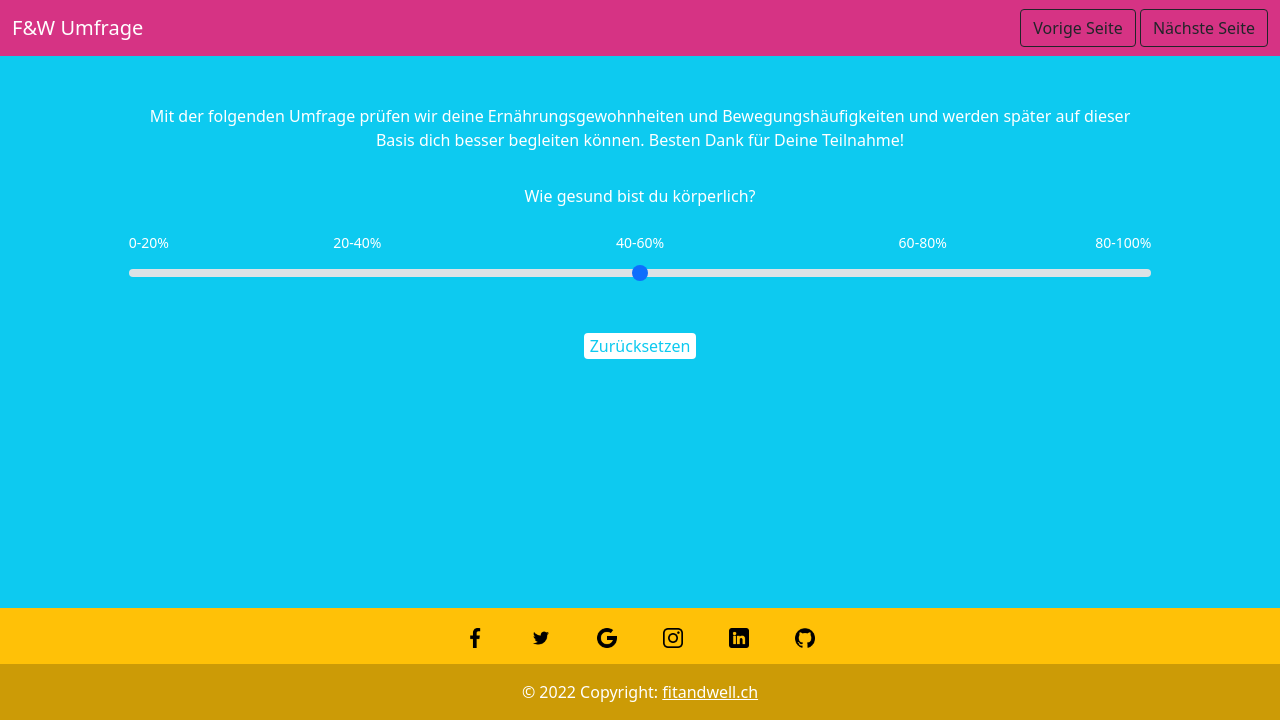
Repository: stephane71183101/Stephane-Personal-Health-Survey
Page: http://localhost/form-q01-start-page.php
These files come from the project's save history. The page is drawn as it stood at one moment and after the next save; the edit follows.
The browser window is 1280 px wide. The pictures show the whole page.
The page is run by PHP 8.4 with error messages shown; the project is at /var/www/html/.

Above is the page before, as saved 2022-03-16 10:38:25.

After the next save:
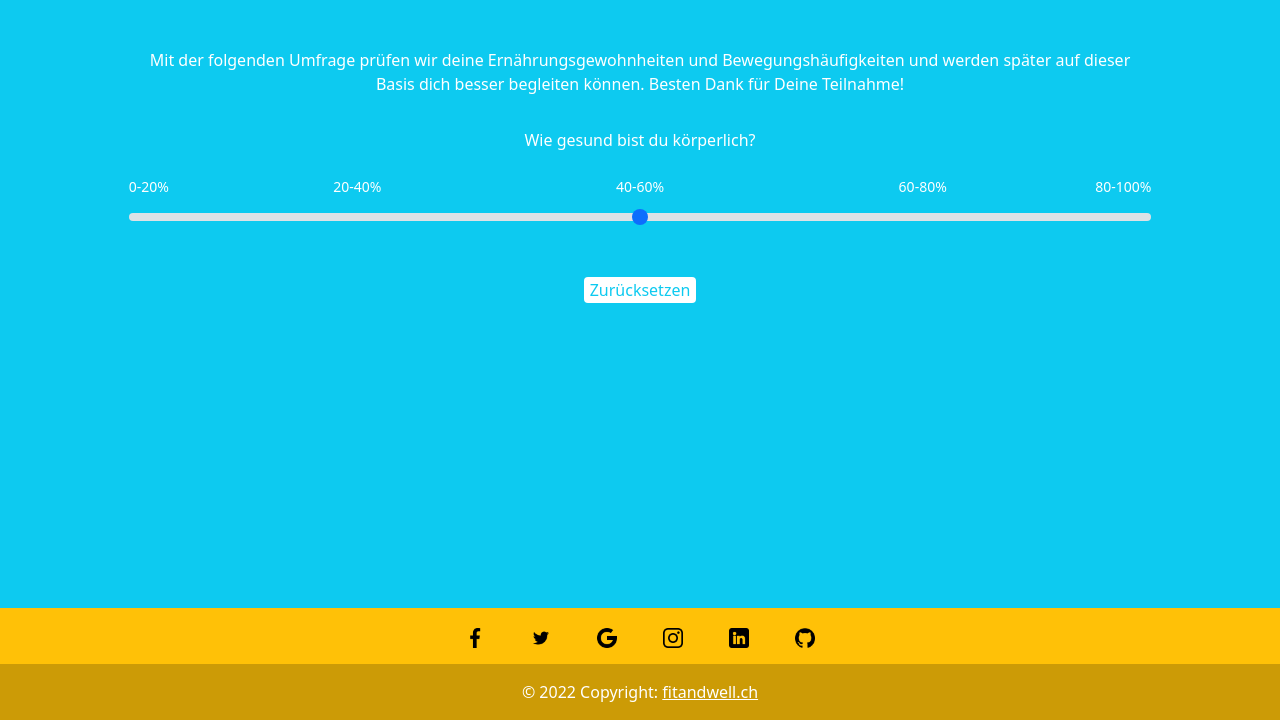
Saved 33 s later.
--- a/form-q01-start-page.php
+++ b/form-q01-start-page.php
@@ -2,6 +2,9 @@
 
 <body class="bg-info">
 
+<?php include 'includes/head.php'?>
+
+<!--
     <header>
         <nav class="navbar navbar-expand-lg navbar-light" style="background-color:#d63384">
         <div class="container-fluid">
@@ -15,7 +18,7 @@
         </div>
         </nav>
     </header>
-
+-->
     <div class="container-fluid pt-5 pb-3 text-center text-white">
         <div  class="container col-10">
         <p>Mit der folgenden Umfrage prüfen wir deine Ernährungsgewohnheiten und Bewegungshäufigkeiten und werden später auf dieser Basis dich besser begleiten können. Besten Dank für Deine Teilnahme!</p>

After the save that followed:
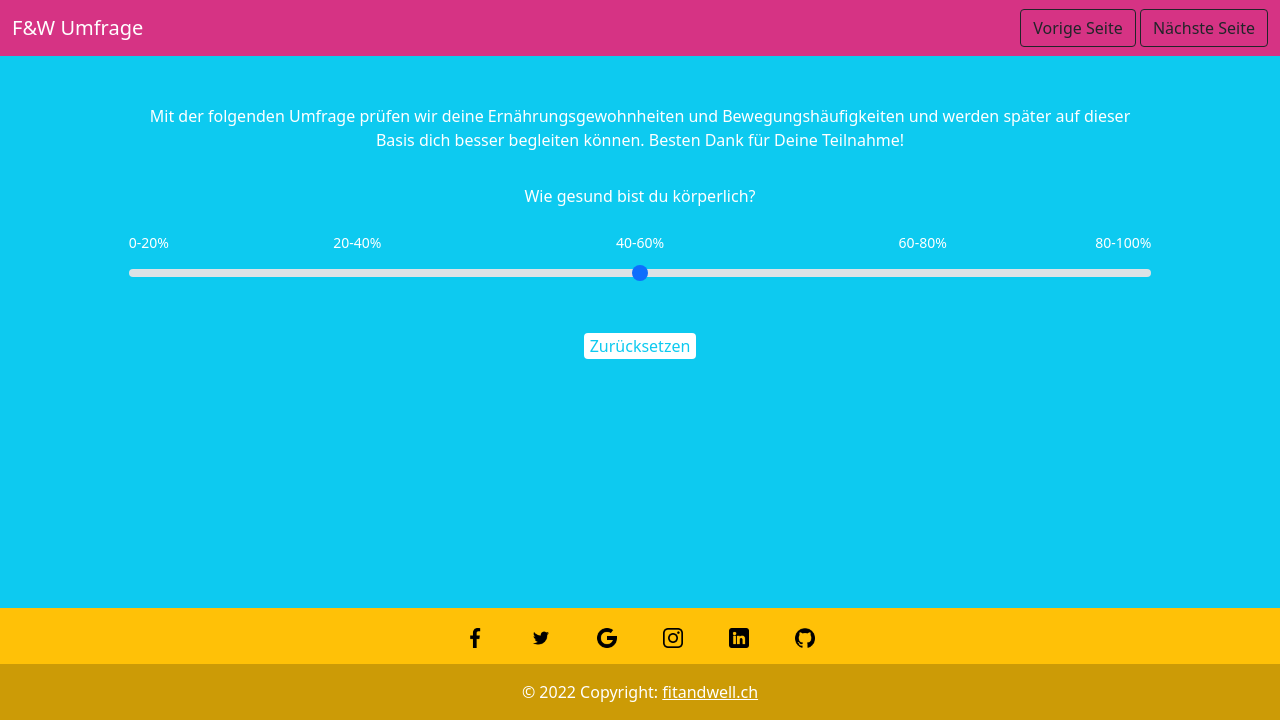
Saved 19 s later.
--- a/form-q01-start-page.php
+++ b/form-q01-start-page.php
@@ -2,7 +2,7 @@
 
 <body class="bg-info">
 
-<?php include 'includes/head.php'?>
+<?php include 'includes/header.php'?>
 
 <!--
     <header>
